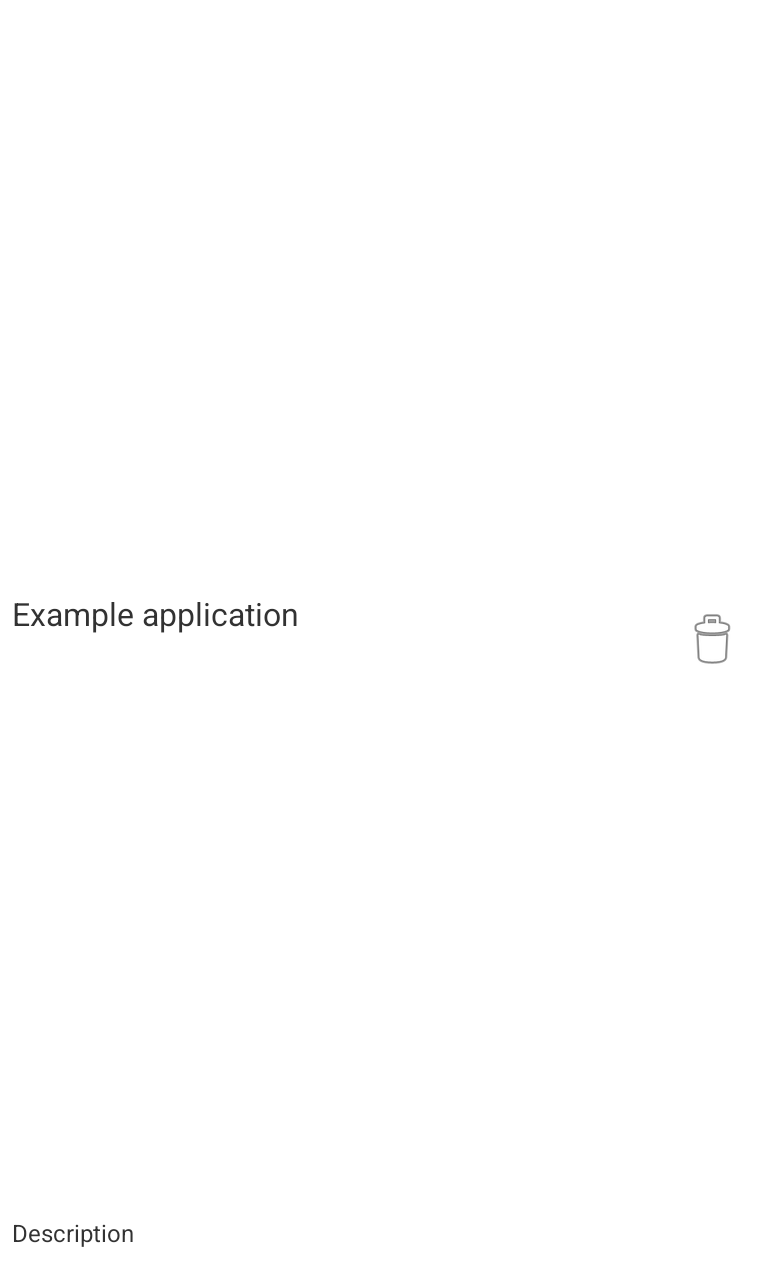
Repository: ohadsch/AwesomePlaylists
Layout: AwesomePlaylists/res/layout/activity_library.xml
These files come from the project's save history. The layout is drawn as it stood at one moment and after the next save; the edit follows.
It is drawn on a 768 x 1280 px phone screen (xhdpi) without system bars, with theme AppTheme; the app's code is not run.

Above is the layout before, as saved 2014-04-30 13:48:55.

### AwesomePlaylists/res/layout/activity_library.xml
<RelativeLayout xmlns:android="http://schemas.android.com/apk/res/android"
    android:layout_width="fill_parent"
    android:layout_height="?android:attr/listPreferredItemHeight"
    android:padding="6dip" >

    <TextView
        android:id="@+id/secondLine"
        android:layout_width="fill_parent"
        android:layout_height="26dip"
        android:layout_alignParentBottom="true"
        android:layout_alignParentLeft="true"
        android:layout_toRightOf="@+id/icon"
        android:ellipsize="marquee"
        android:singleLine="true"
        android:text="Description"
        android:textSize="12sp" />

    <TextView
        android:layout_width="fill_parent"
        android:layout_height="wrap_content"
        android:layout_above="@id/secondLine"
        android:layout_alignParentLeft="true"
        android:layout_alignParentTop="true"
        android:layout_alignWithParentIfMissing="true"
        android:layout_toRightOf="@id/icon"
        android:gravity="center_vertical"
        android:text="Example application"
        android:textSize="16sp" />

    <ImageView
        android:id="@+id/icon"
        android:layout_width="wrap_content"
        android:layout_height="fill_parent"
        android:layout_alignParentBottom="true"
        android:layout_alignParentTop="true"
        android:layout_alignParentRight="true"
        android:layout_marginRight="6dip"
        android:contentDescription="TODO"
        android:src="@android:drawable/ic_menu_delete" />

</RelativeLayout>
































<!-- <ScrollView xmlns:android="http://schemas.android.com/apk/res/android"
    android:layout_width="fill_parent" android:layout_height="fill_parent"
    android:background="@android:color/black">

<LinearLayout
    android:id="@+id/library_main_layout"
    android:layout_width="fill_parent"
    android:layout_height="fill_parent"
    android:orientation="vertical"
    android:background="@android:color/black"
    android:paddingLeft="15dp"
    android:paddingRight="15dp"
    android:paddingTop="30dp" >

    <LinearLayout
        android:layout_width="fill_parent"
        android:layout_height="wrap_content"
        android:orientation="horizontal">
        <TextView
            android:id="@+id/library_title"
	        android:layout_width="fill_parent"
	        android:layout_height="wrap_content"
	        android:text="@string/library_title"
	        android:textSize="@dimen/caption"
	        android:textColor="@android:color/white"
	        android:textStyle="bold"
			android:layout_weight=".50" />

        <ImageButton
            android:id="@+id/library_add_song_img"
            android:layout_width="wrap_content"
            android:layout_height="wrap_content"
            android:layout_weight=".50"
            android:src="@android:drawable/ic_menu_add"
            android:background="@android:color/black"
            android:contentDescription="@string/add_song_description" />
    </LinearLayout>
</LinearLayout>
</ScrollView>-->

### AwesomePlaylists/res/values/strings.xml
<?xml version="1.0" encoding="utf-8"?>
<resources>

    <string name="app_name">AwesomePlaylists</string>
    <string name="hello_world">Hello world!</string>
    <string name="action_settings">Settings</string>
    <string name="title_activity_library">LibraryActivity</string>
    <string name="title_activity_playlists">PlaylistsActivity</string>
    <string name="title_activity_play_it">PlayItActivity</string>
    <string name="title_activity_Settings">SettingsActivity</string>
    <string name="title_activity_add_edit_playlist">AddEditPlaylistActivity</string>

    <!--  Main Activity -->
    <string name="main_title">AwesomePlaylists!</string>

    <!-- Library Activity -->
    <string name="library_title">Library</string>
    <string name="song_name_template">Song</string>
    <string name="song_artist_template">Artist</string>
    <string name="delete_song_description">Remove this song</string>
    <string name="add_song_description">Add new song</string>

    <!-- Playlists Activity -->
    <string name="playlists_title">Playlists</string>
    <string name="add_playlist_description">Add new playlist</string>
    <string name="playlist_example_1">Running in gym</string>
    <string name="playlist_example_2">Driving to work</string>
    <string name="playlist_example_3">Another playlist...</string>
    <string name="edit_playlist_description">Edit</string>
    <string name="share_playlist_description">Share</string>
    <string name="delete_playlist_description">Delete</string>


    <string name="playlist_name">Playlist_name</string>

</resources>

### AwesomePlaylists/res/values/dimens.xml
<resources>

    <!-- Default screen margins, per the Android Design guidelines. -->
    <dimen name="activity_horizontal_margin">16dp</dimen>
    <dimen name="activity_vertical_margin">16dp</dimen>


    <dimen name="caption">24dp</dimen>
    <dimen name="big_text">18dp</dimen>
    <dimen name="medium_text">16dp</dimen>
    <dimen name="small_text">14dp</dimen>

</resources>

Loaded but not shown: AwesomePlaylists/res/values/styles.xml (common file); AwesomePlaylists/res/values-v11/styles.xml (common file); AwesomePlaylists/res/values-v14/styles.xml (common file)

After the next save:
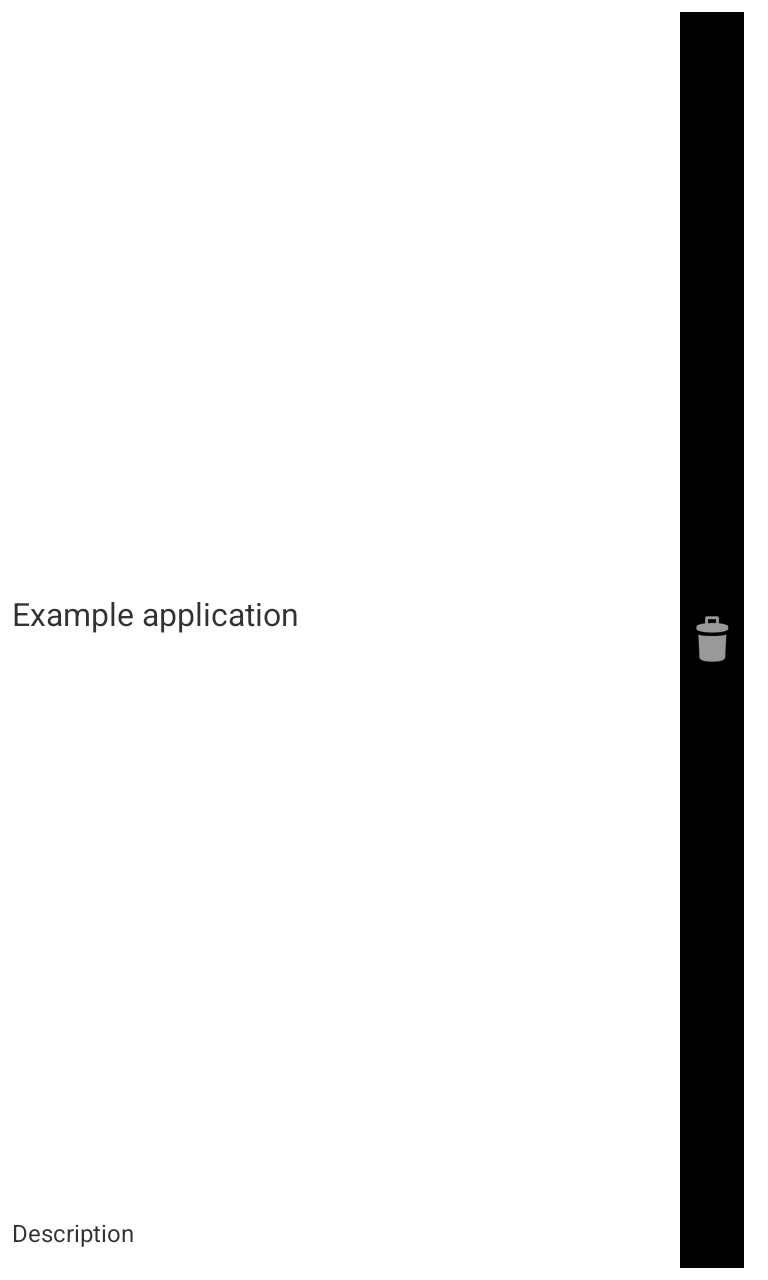
Saved 20 s later.
--- a/AwesomePlaylists/res/layout/activity_library.xml
+++ b/AwesomePlaylists/res/layout/activity_library.xml
@@ -36,7 +36,8 @@
         android:layout_alignParentRight="true"
         android:layout_marginRight="6dip"
         android:contentDescription="TODO"
-        android:src="@android:drawable/ic_menu_delete" />
+        android:src="@android:drawable/ic_menu_delete"
+        android:background="@android:color/black" />
 
 </RelativeLayout>
 
